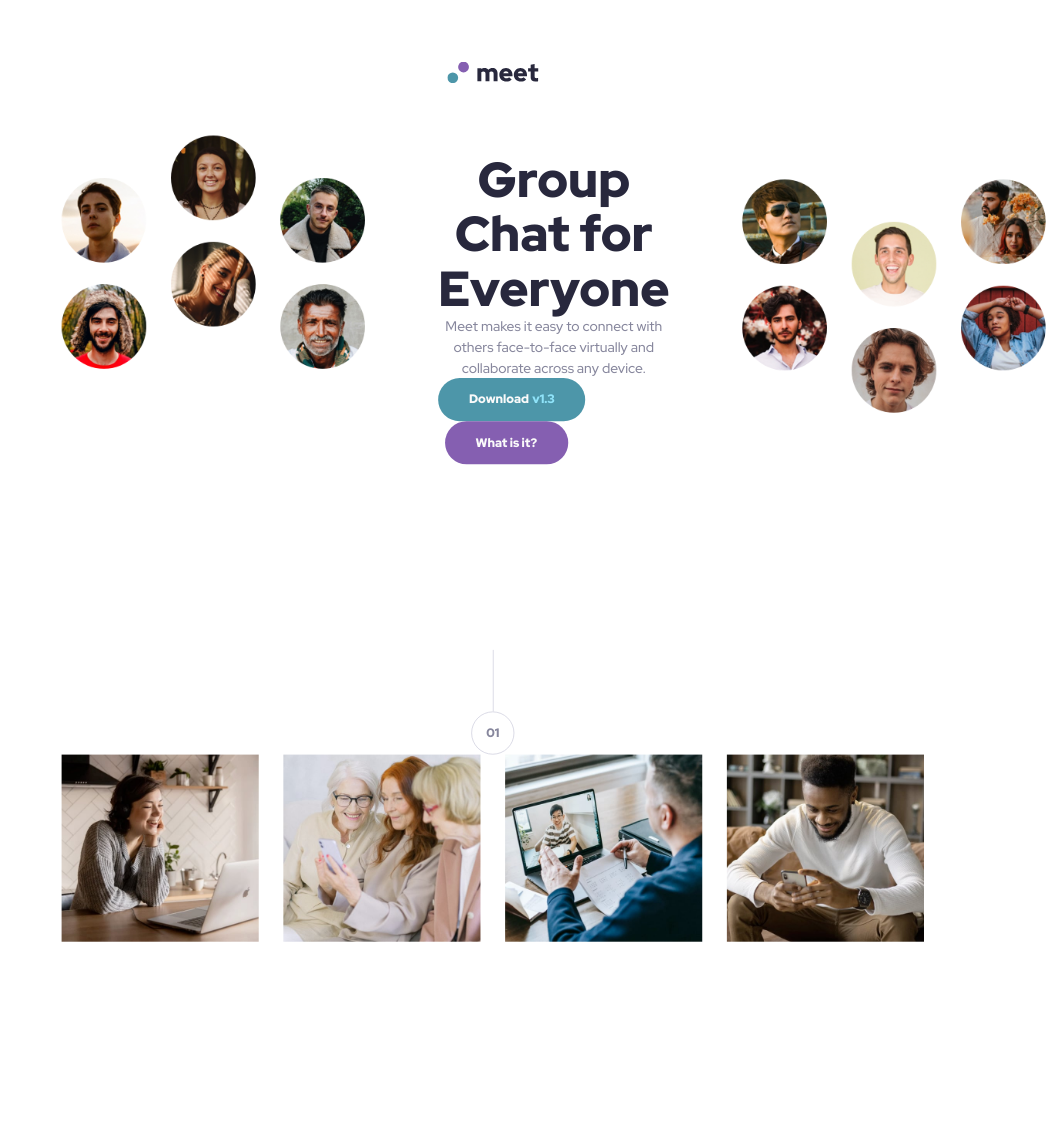
Repository: brandontaylor1/meet-landing-page
Page: index.html
An editor plug-in stored every save of this project. The page is shown before and after the next save, followed by the edit.
The browser window is 1280 px wide. The page is 1358 px wide, so the pictures cover 1358 px, including what lies to the right of the window. The pictures show the whole page, at 77% of full size.

Above is the page before, as saved 2025-01-11 20:52:52.

### index.html
<!DOCTYPE html>
<html lang="en">
<head>
    <meta charset="UTF-8">
    <meta name="viewport" content="width=device-width, initial-scale=1.0">
    <link rel="preconnect" href="https://fonts.googleapis.com">
    <link rel="preconnect" href="https://fonts.gstatic.com" crossorigin>
    <link href="https://fonts.googleapis.com/css2?family=Red+Hat+Display:ital,wght@0,300..900;1,300..900&display=swap" rel="stylesheet">
    <link rel="stylesheet" href="styles.css">
    <title>Meet Landing Page</title>
</head>
<body>
    <nav class="navbar">
        <div class="logo-container">
            <img src="./assets/images/logo.svg" alt="meet logo">
        </div>
    </nav>
    <section class="hero-section">
        <img src="./assets/images/image-hero-left.png" class="left-faces" alt="Left Faces">
        <div class="hero-content">
            <h1>Group Chat for Everyone</h1>
            <p>Meet makes it easy to connect with others face-to-face virtually and collaborate across any device.</p>
            <div class="btn-container">
                <button class="hero-btn" id="downloadBtn">Download<span>v1.3</span></button>
                <button class="hero-btn" id="whatisitBtn">What is it?</button>
            </div>
        </div>
        <img src="./assets/images/image-hero-right.png" class="right-faces" alt="Right Faces">
    </section>

    <section class="main-content">
        <div class="content">
            <div class="design-container">
                <div class="gray-line"></div>
                <div class="gray-circle">01</div>
            </div>
            <div class="image-container">
                <img src="./assets/images/image-woman-in-videocall.jpg" alt="woman on video call">
                <img src="./assets/images/image-women-videochatting.jpg" alt="women vidoechatting">
                <img src="./assets/images/image-men-in-meeting.jpg" alt="men in a meeting">
                <img src="./assets/images/image-man-texting.jpg" alt="man texting">
            </div>
        </div>
    </section>

</body>
</html>

### styles.css
* {
    margin: 0;
    padding: 0;
    box-sizing: border-box
}

:root {
    --color-white: #FAFAFA;
    --color-slate: #87879D;
    --color-lightslate: #D1D1DF;
    --color-darkslate: #28283D;
    --color-cyan: #4D96A9;
    --color-purple: #855FB1;
    --color-lightcyan: #8FE3F9;
    --color-lightpurple: #D9B8FF;

}

.navbar {
    display: flex;
    padding: 80px 80px 0px 80px;
    flex-direction: column;
    justify-content: flex-end;
    align-items: center;
    gap: var(--spacing-100, 8px);
    align-self: stretch;

}

.hero-section {
    display: flex;
    justify-content: space-between;
    align-items: center;
    padding: 64px 80px;
    height: 488px;
}

.left-faces {
    padding-right: 95px;
    padding-bottom: 57px;
}

.right-faces {
    padding-left: 95px;
    padding-top: 57px;
}

.hero-content {
    display: flex;
    flex-direction: column;
    align-items: center;
    justify-content: space-between;
    width: 448px;
    height: 314px;

}

.hero-content h1 {
    font-family: "Red Hat Display", sans-serif;
    font-size: 4rem;
    font-weight: 900;
    line-height: 110%;
    color: var(--color-darkslate);
    text-align: center;
}

.hero-content p {
    font-family: "Red Hat Display", sans-serif;
    font-size: 18px;
    font-weight: 500;
    line-height: 150%;
    color: var(--color-slate);
    text-align: center;

}

.hero-btn {
    padding: 16px 40px;
    border-radius: 29px;
    border: none;

}

#downloadBtn {
    background-color: var(--color-cyan);
    color: var(--color-white);
    font-size: 16px;
    font-family: "Red Hat Display", sans-serif;
    font-weight: 900;
    line-height: 150%;
    margin-right: 8.5px;
}

#downloadBtn span {
    margin-left: 4px;
    color: var(--color-lightcyan);

}

#whatisitBtn {
    background-color: var(--color-purple);
    color: var(--color-white);
    font-size: 16px;
    font-family: "Red Hat Display", sans-serif;
    font-weight: 900;
    line-height: 150%;
    margin-left: 8.5px;
}

.main-content {
    display: flex;
    flex-direction: column;
    align-items: center;
    justify-content: center;
    height: 883px;
    padding: 56px 80px 72px 80px;
}

.content {
    display: flex;
    flex-direction: column;
    align-items: center;
    justify-content: space-between;
}

.design-container {
    display: flex;
    justify-content: center;
    align-items: center;
    flex-direction: column;

}

.gray-line {
    width: 1px;
    height: 80px;
    background-color:  var(--color-lightslate);
}

.gray-circle {
    width: 56px;
    height: 56px;
    display: flex;
    align-items: center;
    justify-content: center;
    border-radius: 50%;
    border: 1px solid var(--color-lightslate);
    color: var(--color-slate);
    font-size: 16px;
    font-family: "Red Hat Display", sans-serif;
    font-weight: 900;
    line-height: 150%;
}

.image-container {
    display: grid;
    grid-template-columns: repeat(4, 1fr);
    gap: 32px;
}

.image-container img {
    width: 256px;
    height: auto;
}

After the next save:
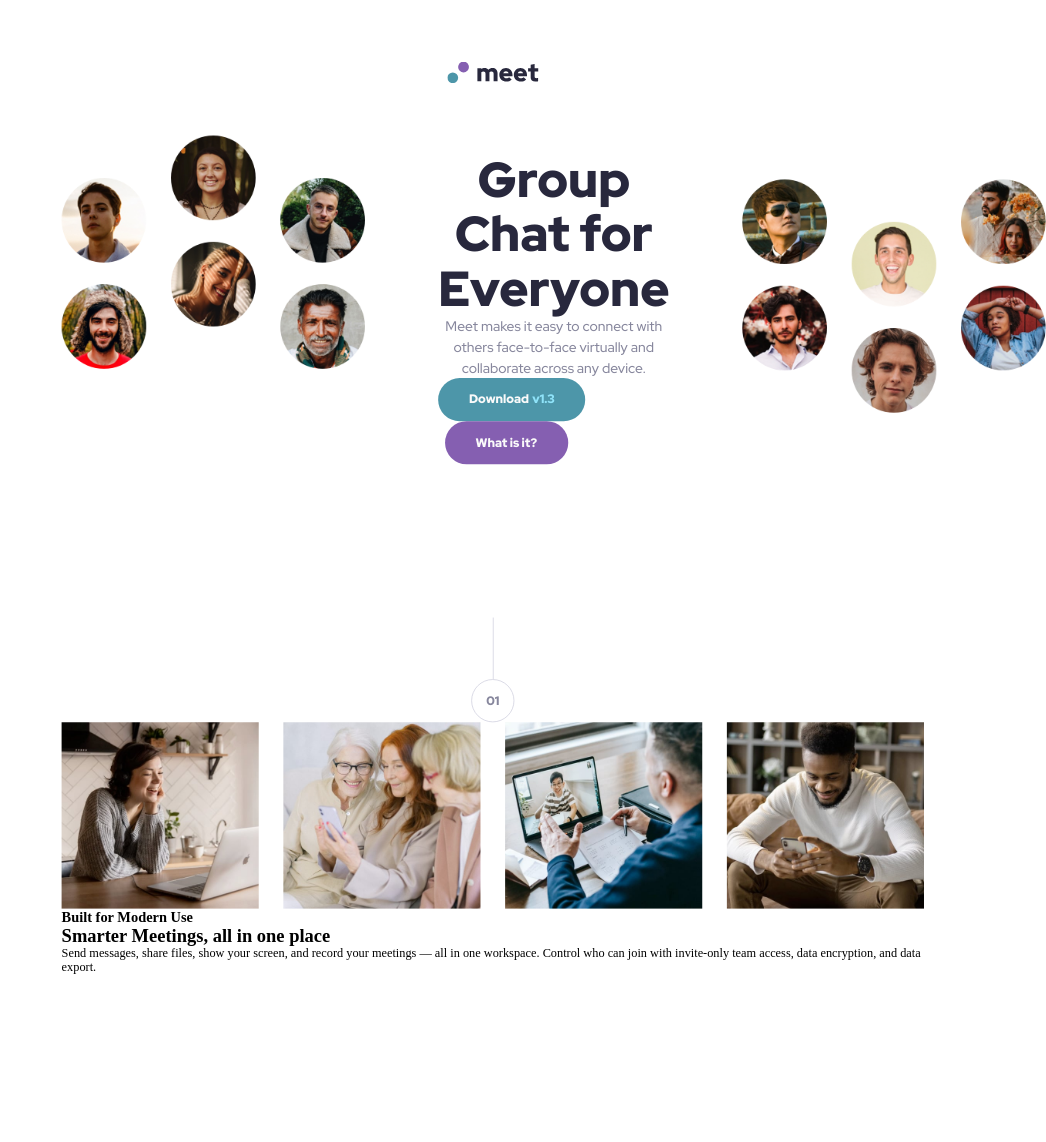
Saved 3 min 59 s later.
--- a/index.html
+++ b/index.html
@@ -40,6 +40,11 @@
                 <img src="./assets/images/image-men-in-meeting.jpg" alt="men in a meeting">
                 <img src="./assets/images/image-man-texting.jpg" alt="man texting">
             </div>
+            <div class="text-container">
+                <h3>Built for Modern Use</h3>
+                <h2>Smarter Meetings, all in one place</h2>
+                <p>Send messages, share files, show your screen, and record your meetings — all in one workspace. Control who can join with invite-only team access, data encryption, and data export.</p>
+            </div>
         </div>
     </section>
 
